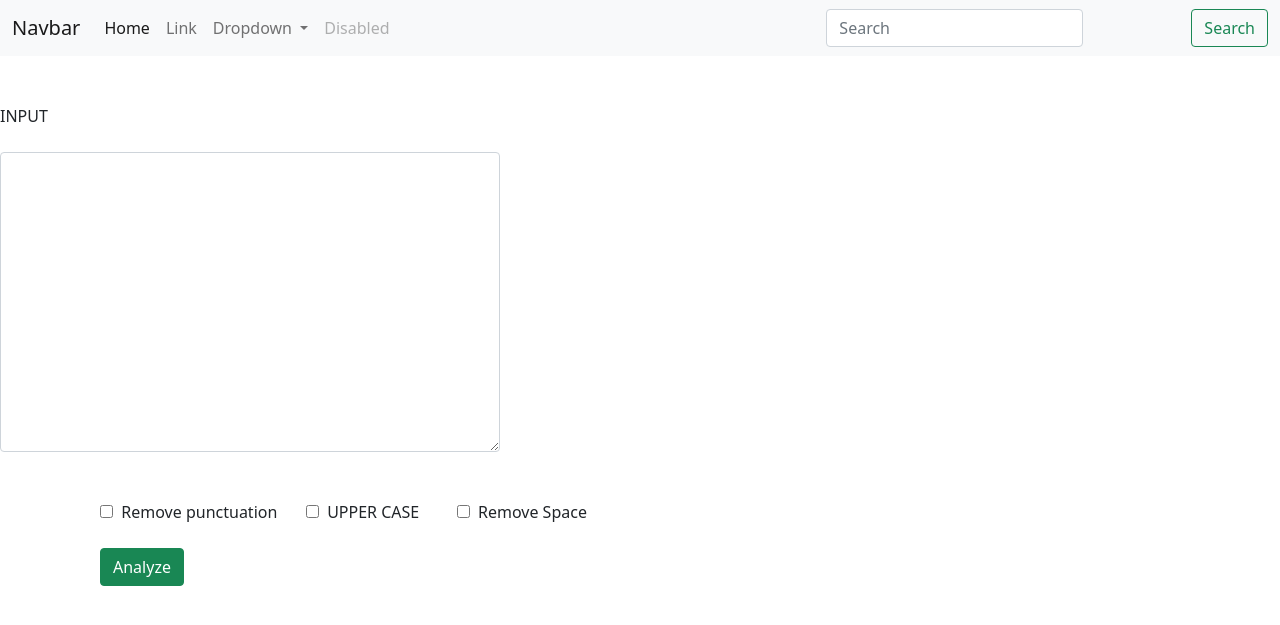
Repository: thenameisshreyank/Textutility
Page: http://localhost/
These files come from the project's save history. The page is drawn as it stood at one moment and after the next save; the edit follows.
The browser window is 1280 px wide. The pictures show the whole page.
The page is served by the project's application, run on Django 4.2 (manage.py). Other server files are loaded and not shown.

Above is the page before, as saved 2022-04-15 09:12:19.

### templates/index.html
<!DOCTYPE html>
<html lang="en">
<head>
    <meta charset="UTF-8">
    <meta http-equiv="X-UA-Compatible" content="IE=edge">
    <meta name="viewport" content="width=device-width, initial-scale=1.0">
    <!-- CSS only -->
<link href="https://cdn.jsdelivr.net/npm/bootstrap@5.1.3/dist/css/bootstrap.min.css" rel="stylesheet" integrity="sha384-1BmE4kWBq78iYhFldvKuhfTAU6auU8tT94WrHftjDbrCEXSU1oBoqyl2QvZ6jIW3" crossorigin="anonymous">
    <title>Document</title>
    <style>
      #text{
        margin-left: 100px;
        width: 80%;
        margin-right:100px;
      }
      #rf{
        margin-left: 100px;


      }
      button{
        margin-left: 100px;
      }
      textarea {
  width: 200px;
  height: 300px;
}

    </style>
</head>
<body>
    <nav class="navbar navbar-expand-lg navbar-light bg-light">
        <div class="container-fluid">
          <a class="navbar-brand" href="https://getbootstrap.com/">Navbar</a>
          <button class="navbar-toggler" type="button" data-bs-toggle="collapse" data-bs-target="#navbarSupportedContent" aria-controls="navbarSupportedContent" aria-expanded="false" aria-label="Toggle navigation">
            <span class="navbar-toggler-icon"></span>
          </button>
          <div class="collapse navbar-collapse" id="navbarSupportedContent">
            <ul class="navbar-nav me-auto mb-2 mb-lg-0">
              <li class="nav-item">
                <a class="nav-link active" aria-current="page" href="#">Home</a>
              </li>
              <li class="nav-item">
                <a class="nav-link" href="#">Link</a>
              </li>
              <li class="nav-item dropdown">
                <a class="nav-link dropdown-toggle" href="#" id="navbarDropdown" role="button" data-bs-toggle="dropdown" aria-expanded="false">
                  Dropdown
                </a>
                <ul class="dropdown-menu" aria-labelledby="navbarDropdown">
                  <li><a class="dropdown-item" href="#">Action</a></li>
                  <li><a class="dropdown-item" href="#">Another action</a></li>
                  <li><hr class="dropdown-divider"></li>
                  <li><a class="dropdown-item" href="#">Something else here</a></li>
                </ul>
              </li>
              <li class="nav-item">
                <a class="nav-link disabled">Disabled</a>
              </li>
            </ul>
            <form class="d-flex">
              <input class="form-control me-2" type="search" placeholder="Search" aria-label="Search">
              <button class="btn btn-outline-success" type="submit">Search</button>
            </form>
          </div>
        </div>
      </nav><br><br>
      <form action="analyze" method="get">
        <div class="form-group">
          <label for="exampleFormControlTextarea1">INPUT</label><br><br>
          <textarea class="form-control" id="textarea" rows="10" style="width:500px"></textarea>
        </div><br><br>
        <input type="checkbox" id="rf" name="rf" value="true">&nbsp;&nbsp;Remove punctuation&nbsp;&nbsp;&emsp;
        <input type="checkbox" id="upper" name="upper" value="true">&nbsp;&nbsp;UPPER CASE&nbsp;&nbsp;&nbsp;&nbsp;&nbsp;&nbsp;&nbsp;&nbsp;
        <input type="checkbox" id="space" name="space" value="true">&nbsp;&nbsp;Remove Space&nbsp;&nbsp;
        <br><br><button type="submit" class="btn btn-success" id="analyze">Analyze</button>
      </form>
</body>
</html>

### c1/views.py

from django.http import HttpResponse
from django.shortcuts import render

from django.http import HttpResponse
# Create your views here.

def nav(request):
    return render(request,"index.html")

def analyze(request):
    rawtext=request.GET.get('text')
    pun=request.GET.get('rf')
    uc=request.GET.get('upper')
    space=request.GET.get('space')
    answer=""
    ans1=""
    if pun=='true':
        punctuation='''!@#$%^&*()_;+<>?/~`'''
        for x in rawtext:
            if x not in punctuation:
             answer=answer+x
    else:
        answer=rawtext
    if uc=="true":
        # for ch in rawtext:
        answer=answer.upper()

    if space=="true":
        for ch in answer:
            if ch==" ":
                pass
            else:
                ans1=ans1+ch
        answer=ans1
    return render(request,'analyze.html',{'ans':answer})

### c/urls.py
"""c URL Configuration

The `urlpatterns` list routes URLs to views. For more information please see:
    https://docs.djangoproject.com/en/4.0/topics/http/urls/
Examples:
Function views
    1. Add an import:  from my_app import views
    2. Add a URL to urlpatterns:  path('', views.home, name='home')
Class-based views
    1. Add an import:  from other_app.views import Home
    2. Add a URL to urlpatterns:  path('', Home.as_view(), name='home')
Including another URLconf
    1. Import the include() function: from django.urls import include, path
    2. Add a URL to urlpatterns:  path('blog/', include('blog.urls'))
"""

from django.contrib import admin
from django.urls import include, path

urlpatterns = [
    path('admin/', admin.site.urls),
    path('',include('c1.urls')),
]

### c1/urls.py




from . import views
from django.urls import path


urlpatterns=[
    path('',views.nav),
    path('analyze/',views.analyze),
]

After the next save:
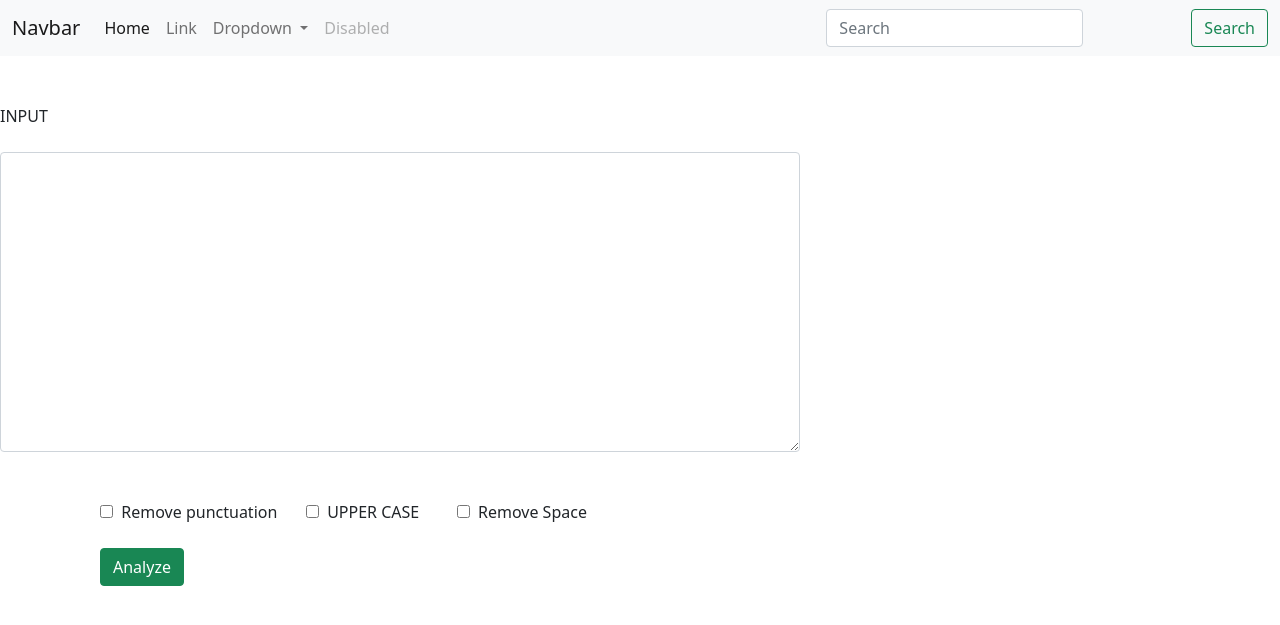
Saved 13 s later.
--- a/templates/index.html
+++ b/templates/index.html
@@ -68,7 +68,7 @@
       <form action="analyze" method="get">
         <div class="form-group">
           <label for="exampleFormControlTextarea1">INPUT</label><br><br>
-          <textarea class="form-control" id="textarea" rows="10" style="width:500px"></textarea>
+          <textarea class="form-control" id="textarea" rows="10" style="width:800px"></textarea>
         </div><br><br>
         <input type="checkbox" id="rf" name="rf" value="true">&nbsp;&nbsp;Remove punctuation&nbsp;&nbsp;&emsp;
         <input type="checkbox" id="upper" name="upper" value="true">&nbsp;&nbsp;UPPER CASE&nbsp;&nbsp;&nbsp;&nbsp;&nbsp;&nbsp;&nbsp;&nbsp;
